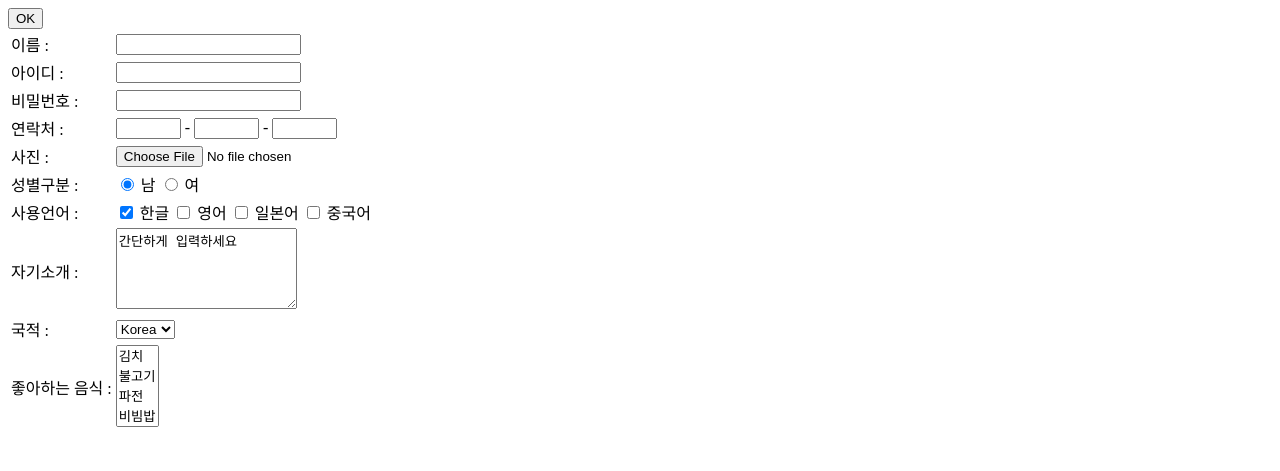
Repository: usonihs/StudyX
Page: JSP/HTML/src/main/webapp/Lec06Quiz.html
An editor plug-in stored every save of this project. The page is shown before and after the next save, followed by the edit.
The browser window is 1280 px wide. The pictures show the whole page.

Above is the page before, as saved 2022-10-19 06:37:04.

After the next save:
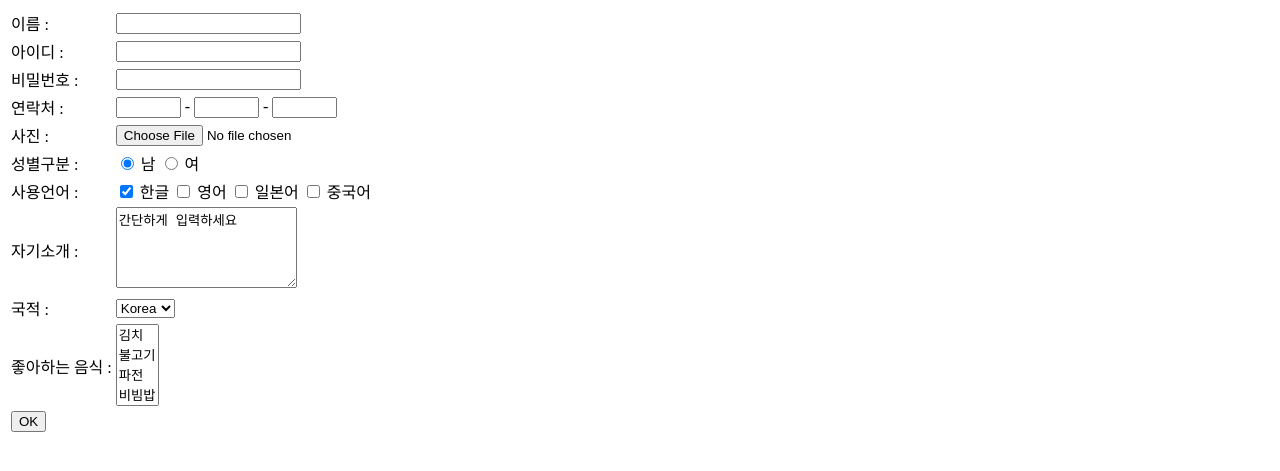
Saved 28 s later.
--- a/JSP/HTML/src/main/webapp/Lec06Quiz.html
+++ b/JSP/HTML/src/main/webapp/Lec06Quiz.html
@@ -115,7 +115,10 @@
 		</td>
 		</tr>
 
+		<tr>
+		<td>
 		<input type="submit" name="okBtn" value="OK">
+		</td></tr>
 	</form>
 </table>
 </body>

After the save that followed:
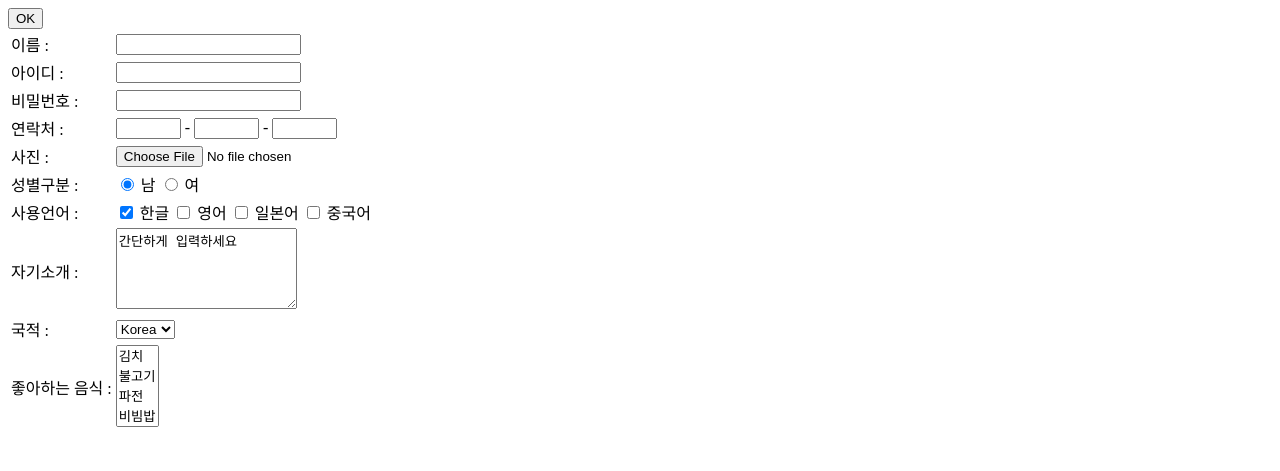
Saved 79 s later.
--- a/JSP/HTML/src/main/webapp/Lec06Quiz.html
+++ b/JSP/HTML/src/main/webapp/Lec06Quiz.html
@@ -117,8 +117,10 @@
 
 		<tr>
 		<td>
+		<td></td>
 		<input type="submit" name="okBtn" value="OK">
-		</td></tr>
+		</td>
+		</tr>
 	</form>
 </table>
 </body>
